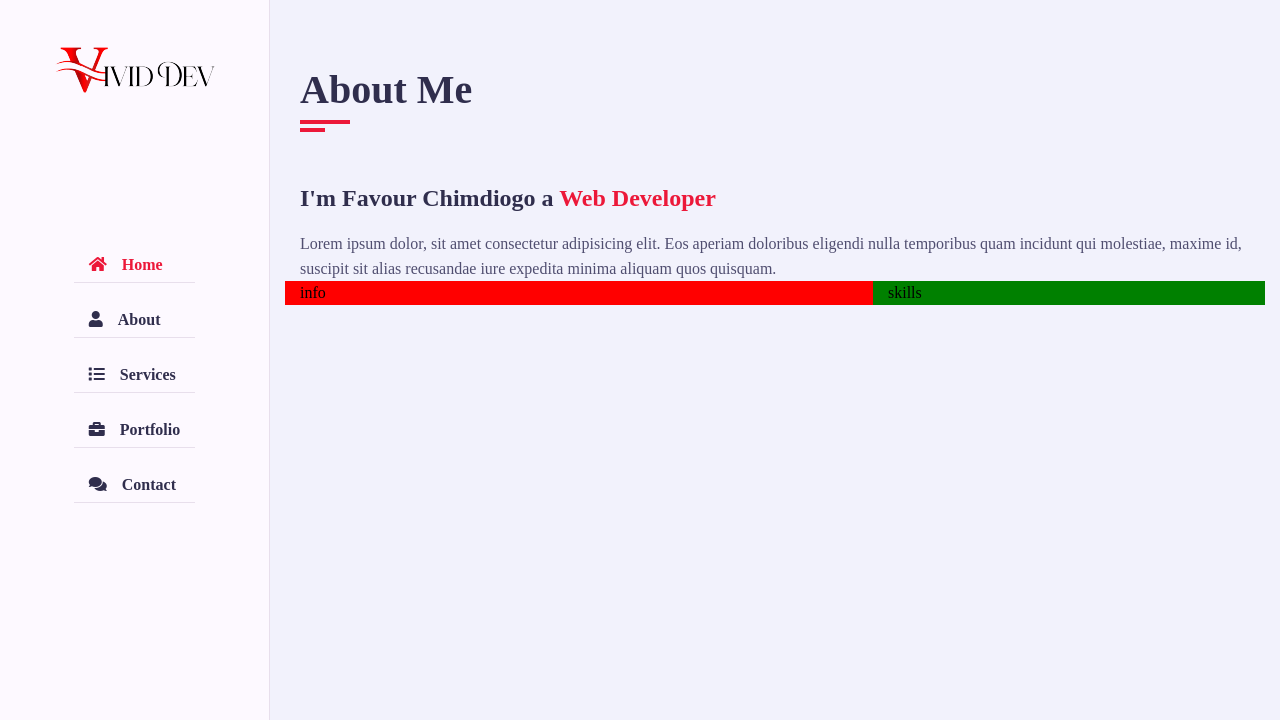
Repository: Big-Fave1/vivid-dev-portfolio
Page: build/index.html
An editor plug-in stored every save of this project. The page is shown before and after the next save, followed by the edit.
The browser window is 1280 px wide. The pictures show the whole page.
Some web fonts or font styles are not loaded; a fallback is used.

Above is the page before, as saved 2025-05-30 13:28:32.

### build/index.html
<!DOCTYPE html>
<html lang="en">
<head>
    <meta charset="UTF-8">
    <meta name="viewport" content="width=device-width, initial-scale=1.0">
    <title>Vivid Dev Portfolio</title>
    <link rel="stylesheet" href="css/style.css">
    <link rel="stylesheet" href="css/color-1.css">
    <link rel="stylesheet" href="https://cdnjs.cloudflare.com/ajax/libs/font-awesome/5.15.4/css/all.min.css">
</head>
<body>
    <!--- ==== main container Start==== -->
    <div class="main-container"></div>
    <!--- ==== Aside Start === -->
    <div class="aside">
        <div class="logo">
        <a href="#"><img src="img/vivid 3.png" alt=""></a>
        </div>
        <div class="nav-toggler">
            <i class="fa fa-bars" aria-hidden="true"></i>
        </div>
        <ul class="nav">
            <li><a href="#" class="active"><i class="fa fa-home"></i>Home</a></li>
            <li><a href="#"><i class="fa fa-user"></i>About</a></li>
            <li><a href="#"><i class="fa fa-list"></i>Services</a></li>
            <li><a href="#"><i class="fa fa-briefcase"></i>Portfolio</a></li>
            <li><a href="#"><i class="fa fa-comments"></i>Contact</a></li>
        </ul>
    </div>
    <!--- ==== Aside End === -->
    <!--- ==== Main content Start === -->
    <div class="main-content">
        <!--- === Home Section Start === -->
        <section class="home section hidden">
            <div class="container">
                <div class="row">
                    <div class="home-info padd-15">
                        <h3 class="hello">Hello, my name is <span class="name">Favour Chimdiogo</span></h3>
                        <h3 class="my-profession">I'm a <Span class="typing">Web Developer</Span></h3>
                        <p>I'm a web designer with extensive experience for over a year.My expertise is to create a website design, and many more...</p>
                    <a href="#contact" class="btn hire-me">Hire Me</a>
                    </div>
                    <div class="home-img padd-15">
                        <img src="img/home image.jpg" alt="">
                    </div>
                </div>
            </div>
        </section>
    <!--- === Home Section End === -->
    <!--- === About  Section Start === -->
        <section class="about section">
            <div class="container">
                <div class="row">
                    <div class="section-title padd-15">
                        <h2>About Me</h2>
                    </div>
                </div>
                <div class="row">
                    <div class="about-content padd-15">
                        <div class="row">
                            <div class="about-text padd-15">
                                <h3>I'm Favour Chimdiogo a <span>Web Developer</span></h3>
                                <p>Lorem ipsum dolor, sit amet consectetur adipisicing elit. Eos aperiam doloribus eligendi nulla temporibus quam incidunt qui molestiae, maxime id, suscipit sit alias recusandae iure expedita minima aliquam quos quisquam.</p>
                            </div>
                        </div>
                        <div class="row">
                            <div class="personal-info padd-15">info</div>
                            <div class="skills padd-15">skills</div>

                        </div>
                    </div>
                </div>
            </div>
        </section>
    <!--- === About  Section End === -->
    </div>
    <!--- ==== Main content End === -->
    <!--- ====main container End === -->
</body>
</html>

### build/css/style.css

@import url('https://fonts.googleapis.com/css2?family=Clicker+Script&family=Poppins:ital,wght@0,100;0,200;0,300;0,400;0,500;0,600;0,700;0,800;0,900;1,100;1,200;1,300;1,400;1,500;1,600;1,700;1,800;1,900&display=swap');


:root
{
    --bg-black-900:#f2f2fc;
    --bg-black-100:#fdf9ff;
    --bg-black-50:#e8dfec;
    --text-black-900:#302e4d;
    --text-black-700:#504e70;

}

body
{
    line-height:1.5;
    font-size:16px;
    font-family: 'Poppins'sans-serif;
}

*
{
    margin: 0;
    padding: 0;
    outline:none;
    text-decoration:none;
    text-decoration:none;
    box-sizing: border-box;
}
::before, ::after
{
    box-sizing:border-box;
}
ul
{
    list-style: none;
}
.section
{
    background:var(--bg-black-900);
    min-height: 100vh;
    display: block;
    padding: 0 30px;
    opacity: 1;
}
.hidden
{
    display: none !important;
}
.main-content
{
    padding-left: 270px;
}
.padd-15
{
    padding-left: 15px;
    padding-right: 15px;
}
.container{
    max-width: 1100px;
    width: 100%;
    margin: auto;
}
.section .container
{
    padding-top: 60px;
    padding-bottom: 70px;

}
.section-title
{
    flex: 0 0 100%;
    max-width: 100%;
    margin-bottom: 60px;

}
.section-title h2
{
    font-size: 40px;
    color: var(--text-black-900);
    font-weight: 700;
    position: relative;
}
.section-title h2::before
{
   content: '';
   height: 4px;
   width: 50px;
   background-color: var(--skin-color);
   position: absolute;
   top: 100%;
   left: 0;
}
.section-title h2::after
{
   content: '';
   height: 4px;
   width: 25px;
   background-color: var(--skin-color);
   position: absolute;
   top: 100%;
   left: 0;
   margin-top:8px;
}
.row
{
    display: flex;
    flex-wrap: wrap;
    margin-left: -15px;
    margin-right: -15px;
    position: relative;
}
.btn
{
    font-size: 16px;
    font-weight: 500;
    padding: 12px 35px;
    background: var(--skin-color);
    color: white;
    border: none;
    display: inline-block;
    white-space: nowrap;
    transition: all 0.3s ease;
    border-radius:40px;
}
.btn:hover
{
    transform: scale(1.05);
}
/* aside */
.aside
{
width: 270px;
background:var(--bg-black-100);
position: fixed;
left: 0;
top: 0;
padding: 30px;
height: 100%;
border-right:1px solid var(--bg-black-50);
z-index: 10;
display: flex;
justify-content: center;
align-items: center;
}
.aside .logo
{
    position: absolute;
    top: -30px;
    ;
}
.aside .logo a
{
    color: var(--bg-black-900);
    font-weight: 700;
    padding: 15px 20px;
    font-size: 30px;
    position: relative;
}
/*.aside .logo a span
.aside .logo a:before
{
    content:'';
    position: absolute;
    width: 20px;
    height: 20px;
    border-bottom: 5px solid var(--skin-color);
    border-left: 5px solid var(--skin-color);
    bottom: 0;
    left: 0;

}
.aside .logo a:after
{
    content:'';
    position: absolute;
    width: 20px;
    height: 20px;
    border-top: 5px solid var(--skin-color);
    border-right: 5px solid var(--skin-color);
    top: 0;
    right: 0;

}
    */
.aside .nav-toggler
{
    height: 40px;
    width: 45px;
    border: 1px solid var(--bg-black-50);
    cursor: pointer;
    position: fixed;
    left: 300px;
    top: 20px;
    color: var(--skin-color);
    border-radius: 5px;
    background:var(--bg-black-100);
    display: none;
    align-items:center;
    justify-content: center;
}
.aside .nav
{
    margin-top: 50px;
}
.aside .nav li
{
    margin-bottom: 20px;
    display: block;
}
.aside .nav li a
{
    font-size: 16px;
    font-weight: 600;
    display: block;
    border-bottom:1px solid var(--bg-black-50);
    color:var(--text-black-900);
    padding: 5px 15px;
}
.aside .nav li a.active
{
    color:var(--skin-color);
}
.aside .nav li a i
{
    margin-right: 15px;

}
/* home*/
.home
{
    min-height: 100vh;
    display: flex;
    color: var(--text-black-900);

}
.home-info
{
    flex: 0 60%;
    max-width: 60%;
}
h3.hello
{
    font-size: 28px;
    margin: 15PX 0;
}
h3.hello span
{
    font-family: 'clicker script', cursive;
    font-size: 30px;
    font-weight: 700;
    color:var(--skin-color);
}
h3.my-profession
{
    font-size:30px;
    margin: 15px 0;
}
.typing
{
    color: var(--skin-color);
}
.home-info p
{
    margin-bottom: 70px;
    font-size: 20px;
    color: var(--text-black-700);
}
.home .home-img
{
    flex: 0 0 40%;
    max-width: 40%;
    text-align: center;
    position: relative;
}
.home-img::after
{
    content: '';
    position: absolute;
    height: 80px;
    width: 80px;
    right: 20px;
    bottom: -40px;
    border-bottom: 10px solid var(--skin-color);
    border-right: 10px solid var(--skin-color);
}
.home-img::before
{
    content: '';
    position: absolute;
    height: 80px;
    width: 80px;
    left: -20px;
    top: -40px;
    border-top: 10px solid var(--skin-color);
    border-left: 10px solid var(--skin-color);
}
.home .home-img img
{
    margin: auto;
    border-radius:5px;
    height: 400px;
}
/* About */
.about .about-content
{
    flex: 0 0 100%;
    max-width: 100%;
}
.about .about-content .about-text
{
    flex: 0 0 100%;
    max-width: 100%;
}
.about .about-content .about-text h3
{
    font-size: 24px;
    margin-bottom: 15px;
    font-weight: 700;
    color:var(--text-black-900);
}
.about .about-content .about-text h3 span
{
    color:var(--skin-color);
}
.about .about-content .about-text p
{
    font-size:16px;
    line-height: 25px;
    color: var(--text-black-700);
}
.about .about-content .personal-info
{
    flex: 0 0 60%;
    max-width: 60%;
    background-color:red;
}
.about .about-content .skills
{
    flex: 0 0 40%;
    max-width: 40%;
    background-color:green;
}

### build/css/color-1.css

:root
{
    --skin-color:#ec1839;
}

After the next save:
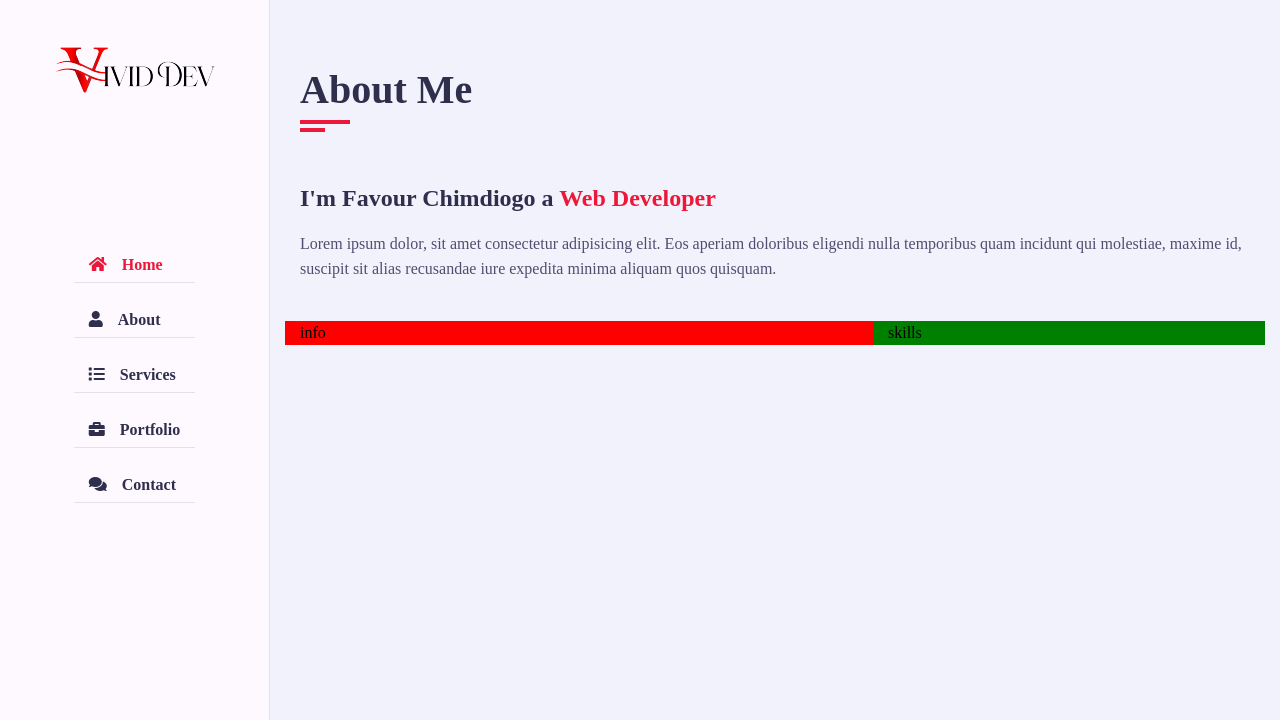
Saved 46 s later.
--- a/build/css/style.css
+++ b/build/css/style.css
@@ -335,10 +335,12 @@ h3.my-profession
     flex: 0 0 60%;
     max-width: 60%;
     background-color:red;
+    margin-top: 40px;
 }
 .about .about-content .skills
 {
     flex: 0 0 40%;
     max-width: 40%;
     background-color:green;
-}
+    margin-top: 40px;
+}
